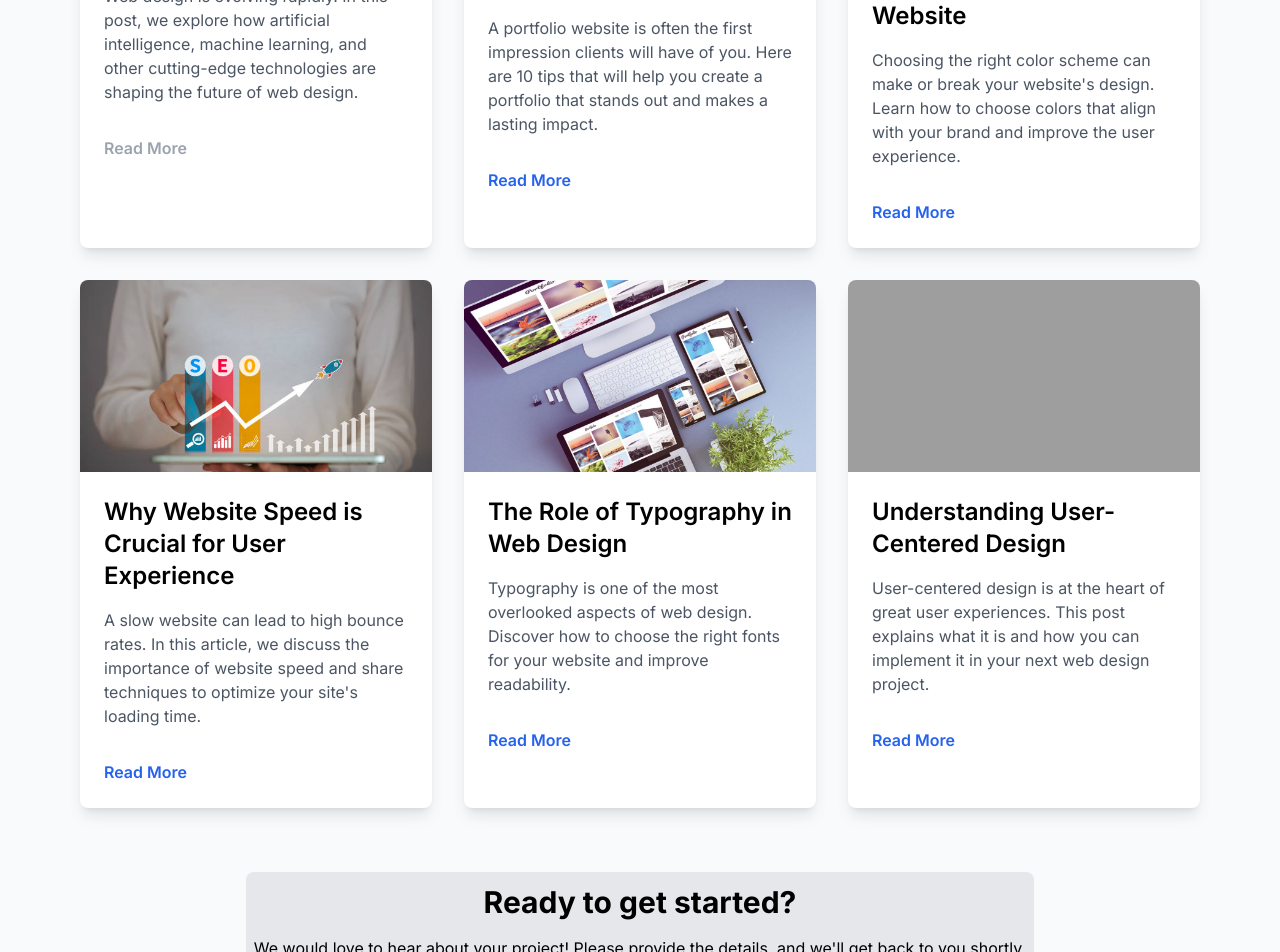
Repository: TheSecretlifeOfX/landing1
Page: /
These files come from the project's save history. The page is drawn as it stood at one moment and after the next save; the edit follows.
The browser window is 1280 px wide. The pictures show the part of the page from y = 2988 to 3940 px (the page is 4626 px tall).
Pictures or frames that could not be fetched are drawn as grey boxes. The project was rebuilt for these pictures with package versions that can differ from the ones it lists, and the page was loaded fresh each time. The framework's server and built-in components were replaced by stand-ins that run in the browser. Also part of the build but not shown: next.config.js.

Above is the page before, as saved 2024-11-16 09:03:03.

### app/layout.tsx
import Link from 'next/link'
import './globals.css'
import type { Metadata } from 'next'
import { Inter } from 'next/font/google'

import Navbar from "@/app/components/Navbar";
import Footer from '@/app/components/Footer';


const inter = Inter({ subsets: ['latin'] })

export const metadata: Metadata = {
  title: 'Create Next App',
  description: 'Generated by create next app',
}

export default function RootLayout({
  children,
}: {
  children: React.ReactNode
}) {
  return (
    <html lang="en">
      <body className={inter.className}>
      <nav>
        <Navbar />
      </nav>
      {children}
      <footer>
        <Footer />
      </footer>
      </body>
    </html>
  )
}

### app/page.tsx
import HeroSection from "@/app/components/HeroSection";
import FeaturesSection from "@/app/components/FeaturesSection";
import CallToAction from "@/app/components/CallToAction";
import Service from "@/app/components/Service";
import Blog from "@/app/components/Blog";
// app/page.tsx
export default function Home() {
  return (
    <main className="flex flex-col items-center justify-center min-h-screen px-4 bg-gray-50">
      <HeroSection />
      <FeaturesSection />
      <Service />
      <Blog />
      <CallToAction />
    </main>
  );
}

### app/components/Navbar.tsx
// src/components/Navbar.tsx
import React from "react";
import Link from "next/link";
import Image from "next/image";

export default function Navbar() {
  return (
    <nav className="fixed top-0 left-0 w-full bg-gray-800 p-2 text-white shadow-md z-50">
      <div className="container mx-auto flex items-center">
        {/* Logo Section on the Left */}
        <div className="flex items-center mr-10 ml-[-50]">
          <Link href="/">
            <Image
              src="/Images/Logo.png"
              alt="MyBrand Logo"
              width={60}
              height={60}
              className="cursor-pointer"
              priority
            />
          </Link>
        </div>

        {/* Navigation Links Centered */}
        <ul className="flex space-x-4">
          <li>
            <a href="#hero" className="hover:text-gray-400">
              About Me
            </a>
          </li>
          <li>
            <a href="#features" className="hover:text-gray-400">
              Portfolio
            </a>
          </li>
          <li>
            <a href="#service" className="hover:text-gray-400">
              Services
            </a>
          </li>
          <li>
            <a href="#blog" className="hover:text-gray-400">
              Blog
            </a>
          </li>
        </ul>

        {/* "Book A Call" Button on the Right */}
        <ul className="flex items-center ml-auto">
  <li>
    <a
      href="#contact"
      className="flex items-center px-4 py-2 text-white font-semibold rounded-lg hover:bg-gray-700 transition duration-300 underline"
    >
      Book A Call
      <svg
        xmlns="http://www.w3.org/2000/svg"
        viewBox="0 0 24 24"
        fill="none"
        stroke="currentColor"
        strokeWidth="2"
        className="w-5 h-5 ml-2"
      >
        <path
          d="M7 17L17 7M7 7h10v10"
          strokeLinecap="round"
          strokeLinejoin="round"
        />
      </svg>
    </a>
  </li>
</ul>
      </div>
    </nav>
  );
}

### app/components/Footer.tsx
import React from 'react';
import Image from 'next/image';

export default function Footer() {
  return (
    <footer className="bg-gray-800 text-white py-6">
      <div className="container mx-auto flex justify-between items-center">
        {/* Copyright Notice on the Left */}
        <div className="text-sm">
          <p>&copy; 2024 CopyRight. All rights reserved.</p>
        </div>

        {/* Double Line Divider */}
        <div className="w-1/12 border-t-2 border-white mx-4"></div> {/* Double Line Divider */}

        {/* Logo on the Right */}
        <div>
          <Image
            src="/Images/Logo.png"
            alt="Logo"
            width={60}
            height={60}
            className="cursor-pointer"
          />
        </div>
      </div>
    </footer>
  );
}

### app/components/HeroSection.tsx
// components/HeroSection.tsx
export default function HeroSection() {
  return (
    <section
      id="hero"
      className="w-full py-32 bg-white-600 text-gray-600 flex flex-col items-center justify-center mt-20"
    >
      <h1 className="text-5xl font-bold mb-8">About Me</h1>
      <p className="text-xl mb-12 max-w-3xl text-center">
        I'm a passionate web developer who builds modern, responsive websites with Next.js and other cutting-edge technologies.
      </p>

      {/* About Me Cards */}
      <div className="grid grid-cols-1 sm:grid-cols-2 lg:grid-cols-3 gap-8 px-4">
        {/* Card 1 - Bio */}
        <div className="bg-gray-400 text-black-600 rounded-lg shadow-lg p-6 hover:shadow-xl transition duration-300">
          <h3 className="text-2xl font-semibold mb-4">Bio</h3>
          <p className="text-lg">
            I'm a self-taught developer with a passion for learning and building. With a strong foundation in JavaScript and React, I enjoy turning ideas into functional and beautiful websites.
          </p>
        </div>

        {/* Card 2 - Skills */}
        <div className="bg-gray-400 text-black-600 rounded-lg shadow-lg p-6 hover:shadow-xl transition duration-300">
          <h3 className="text-2xl font-semibold mb-4">Skills</h3>
          <ul className="text-lg list-disc pl-5">
            <li>JavaScript / TypeScript</li>
            <li>React / Next.js</li>
            <li>HTML & CSS</li>
            <li>Node.js</li>
            <li>Tailwind CSS</li>
          </ul>
        </div>

        {/* Card 3 - Experience */}
        <div className="bg-gray-400 text-black-600 rounded-lg shadow-lg p-6 hover:shadow-xl transition duration-300">
          <h3 className="text-2xl font-semibold mb-4">Experience</h3>
          <p className="text-lg">
            Over the past 3 years, I have worked on various web development projects, building both front-end and back-end solutions. My experience spans across freelancing, contributing to open-source, and working in teams.
          </p>
        </div>
      </div>
    </section>
  );
}

### app/components/FeaturesSection.tsx
// components/FeaturesSection.tsx
export default function FeaturesSection() {
  return (
    <section id="features" className="py-16 bg-gray-50">
      <div className="max-w-6xl mx-auto px-4">
        <h2 className="text-3xl font-bold text-center mb-12">My Portfolio</h2>
        <div className="grid grid-cols-1 sm:grid-cols-2 lg:grid-cols-3 gap-8">
          {/* Project 1 */}
          <Project
            title="Project One"
            description="A modern website built with React and Next.js."
            imageSrc="/path/to/image1.jpg"
            link="#"
          />
          {/* Project 2 */}
          <Project
            title="Project Two"
            description="E-commerce site with full payment integration."
            imageSrc="/path/to/image2.jpg"
            link="#"
          />
          {/* Project 3 */}
          <Project
            title="Project Three"
            description="A mobile app interface designed with Flutter."
            imageSrc="/path/to/image3.jpg"
            link="#"
          />
          {/* Project 4 */}
          <Project
            title="Project Four"
            description="A personal blog with SEO optimization and markdown support."
            imageSrc="/path/to/image4.jpg"
            link="#"
          />
          {/* Project 5 */}
          <Project
            title="Project Five"
            description="A portfolio website with smooth animations."
            imageSrc="/path/to/image5.jpg"
            link="#"
          />
          {/* Project 6 */}
          <Project
            title="Project Six"
            description="A social networking app with real-time messaging."
            imageSrc="/path/to/image6.jpg"
            link="#"
          />
        </div>
      </div>
    </section>
  );
}

function Project({
  title,
  description,
  imageSrc,
  link,
}: {
  title: string;
  description: string;
  imageSrc: string;
  link: string;
}) {
  return (
    <div className="bg-white rounded-lg shadow-lg overflow-hidden">
      <img src={imageSrc} alt={title} className="w-full h-48 object-cover" />
      <div className="p-6">
        <h3 className="text-xl font-semibold mb-2">{title}</h3>
        <p className="text-gray-600 mb-4">{description}</p>
        <a
          href={link}
          className=" text-blue-600 hover:text-blue-800 font-semibold flex items-center"
        >
          View Project
          <svg
            xmlns="http://www.w3.org/2000/svg"
            viewBox="0 0 24 24"
            fill="none"
            stroke="currentColor"
            strokeWidth="2"
            className="w-5 h-5 ml-2 transform rotate-45"
          >
            <path
              d="M7 17L17 7M7 7h10v10"
              strokeLinecap="round"
              strokeLinejoin="round"
            />
          </svg>
        </a>
      </div>
    </div>
  );
}

### app/components/CallToAction.tsx
import React from 'react';
import { FaInstagram, FaTwitter, FaLinkedin } from 'react-icons/fa'; // Import icons from react-icons

export default function CallToAction() {
  return (
    <section id="contact" className="py-3 px-2 text-center bg-gray-200 text-black mb-10 rounded-lg">
      <h2 className="text-3xl font-bold mb-4">Ready to get started?</h2>
      <p className="mb-4">We would love to hear about your project! Please provide the details, and we'll get back to you shortly.</p>

      {/* Contact Form */}
      <form className="max-w-3xl mx-auto bg-white p-6 rounded-lg shadow-lg">
        <div className="mb-3">
          <label htmlFor="name" className="block text-left text-gray-700 font-semibold mb-1">Full Name</label>
          <input
            type="text"
            id="name"
            name="name"
            placeholder="Enter your full name"
            className="w-full p-2 border border-gray-300 rounded-md"
            required
          />
        </div>

        <div className="mb-3">
          <label htmlFor="email" className="block text-left text-gray-700 font-semibold mb-1">Email Address</label>
          <input
            type="email"
            id="email"
            name="email"
            placeholder="Enter your email address"
            className="w-full p-2 border border-gray-300 rounded-md"
            required
          />
        </div>

        <div className="mb-3">
          <label htmlFor="job-details" className="block text-left text-gray-700 font-semibold mb-1">Project Details</label>
          <textarea
            id="job-details"
            name="job-details"
            placeholder="Tell us about the job you need done"
            className="w-full p-2 border border-gray-300 rounded-md h-28"
            required
          />
        </div>

        <div className="mb-4 py-1">
          <button type="submit" className="px-5 py-1 bg-gray-200 text-black font-semibold rounded-lg shadow-lg hover:bg-gray-400">
            SUBMIT
          </button>
        </div>
      </form>

      {/* Social Media Links with Icons */}
      <div className="mt-4">
        <p className="text-lg font-semibold">Follow and contact me on social media:</p>
        <div className="flex justify-center space-x-6 mt-2">
          <a
            href="https://instagram.com"
            target="_blank"
            rel="noopener noreferrer"
            className="text-white hover:text-gray-200 transition-colors"
          >
            <FaInstagram className="w-6 h-6" />
          </a>
          <a
            href="https://twitter.com"
            target="_blank"
            rel="noopener noreferrer"
            className="text-white hover:text-gray-200 transition-colors"
          >
            <FaTwitter className="w-6 h-6" />
          </a>
          <a
            href="https://linkedin.com"
            target="_blank"
            rel="noopener noreferrer"
            className="text-white hover:text-gray-200 transition-colors"
          >
            <FaLinkedin className="w-6 h-6" />
          </a>
        </div>
      </div>
    </section>
  );
}

### app/components/Blog.tsx
import React from 'react';

export default function Blog() {
  return (
    <section id="blog" className="py-16 bg-gray-50">
      <div className="max-w-6xl mx-auto px-4">
        <h2 className="text-3xl font-bold text-center mb-12">Latest Blog Posts</h2>
        <div className="grid grid-cols-1 sm:grid-cols-2 lg:grid-cols-3 gap-8">
          {/* Blog Post 1 */}
          <div className="bg-white rounded-lg shadow-lg overflow-hidden transform transition-transform hover:scale-105 hover:rotate-3">
            <img src="/path/to/image1.jpg" alt="Blog Image 1" className="w-full h-48 object-cover" />
            <div className="p-6">
              <h3 className="text-2xl font-semibold mb-4">The Future of Web Design</h3>
              <p className="text-gray-600 mb-4">
                Web design is evolving rapidly. In this post, we explore how artificial intelligence, machine learning, and other cutting-edge technologies are shaping the future of web design.
              </p>
              <a
                href="#"
                className="text-gray-400 font-semibold hover:text-gray-600 inline-block mt-4"
              >
                Read More
              </a>
            </div>
          </div>

          {/* Blog Post 2 */}
          <div className="bg-white rounded-lg shadow-lg overflow-hidden transform transition-transform hover:scale-105 hover:rotate-3">
            <img src="/path/to/image2.jpg" alt="Blog Image 2" className="w-full h-48 object-cover" />
            <div className="p-6">
              <h3 className="text-2xl font-semibold mb-4">10 Tips for a Stunning Portfolio Website</h3>
              <p className="text-gray-600 mb-4">
                A portfolio website is often the first impression clients will have of you. Here are 10 tips that will help you create a portfolio that stands out and makes a lasting impact.
              </p>
              <a
                href="#"
                className="text-blue-600 font-semibold hover:text-blue-800 inline-block mt-4"
              >
                Read More
              </a>
            </div>
          </div>

          {/* Blog Post 3 */}
          <div className="bg-white rounded-lg shadow-lg overflow-hidden transform transition-transform hover:scale-105 hover:rotate-3">
            <img src="/path/to/image3.jpg" alt="Blog Image 3" className="w-full h-48 object-cover" />
            <div className="p-6">
              <h3 className="text-2xl font-semibold mb-4">How to Choose the Right Color Scheme for Your Website</h3>
              <p className="text-gray-600 mb-4">
                Choosing the right color scheme can make or break your website's design. Learn how to choose colors that align with your brand and improve the user experience.
              </p>
              <a
                href="#"
                className="text-blue-600 font-semibold hover:text-blue-800 inline-block mt-4"
              >
                Read More
              </a>
            </div>
          </div>

          {/* Blog Post 4 */}
          <div className="bg-white rounded-lg shadow-lg overflow-hidden transform transition-transform hover:scale-105 hover:rotate-3">
            <img src="/path/to/image4.jpg" alt="Blog Image 4" className="w-full h-48 object-cover" />
            <div className="p-6">
              <h3 className="text-2xl font-semibold mb-4">Why Website Speed is Crucial for User Experience</h3>
              <p className="text-gray-600 mb-4">
                A slow website can lead to high bounce rates. In this article, we discuss the importance of website speed and share techniques to optimize your site's loading time.
              </p>
              <a
                href="#"
                className="text-blue-600 font-semibold hover:text-blue-800 inline-block mt-4"
              >
                Read More
              </a>
            </div>
          </div>

          {/* Blog Post 5 */}
          <div className="bg-white rounded-lg shadow-lg overflow-hidden transform transition-transform hover:scale-105 hover:rotate-3">
            <img src="/path/to/image5.jpg" alt="Blog Image 5" className="w-full h-48 object-cover" />
            <div className="p-6">
              <h3 className="text-2xl font-semibold mb-4">The Role of Typography in Web Design</h3>
              <p className="text-gray-600 mb-4">
                Typography is one of the most overlooked aspects of web design. Discover how to choose the right fonts for your website and improve readability.
              </p>
              <a
                href="#"
                className="text-blue-600 font-semibold hover:text-blue-800 inline-block mt-4"
              >
                Read More
              </a>
            </div>
          </div>

          {/* Blog Post 6 */}
          <div className="bg-white rounded-lg shadow-lg overflow-hidden transform transition-transform hover:scale-105 hover:rotate-3">
            <img src="/path/to/image6.jpg" alt="Blog Image 6" className="w-full h-48 object-cover" />
            <div className="p-6">
              <h3 className="text-2xl font-semibold mb-4">Understanding User-Centered Design</h3>
              <p className="text-gray-600 mb-4">
                User-centered design is at the heart of great user experiences. This post explains what it is and how you can implement it in your next web design project.
              </p>
              <a
                href="#"
                className="text-blue-600 font-semibold hover:text-blue-800 inline-block mt-4"
              >
                Read More
              </a>
            </div>
          </div>
        </div>
      </div>
    </section>
  );
}

Loaded but not shown: app/globals.css (common file); tailwind.config.js (common file); app/components/Service.tsx (156 lines, source omitted)

After the next save:
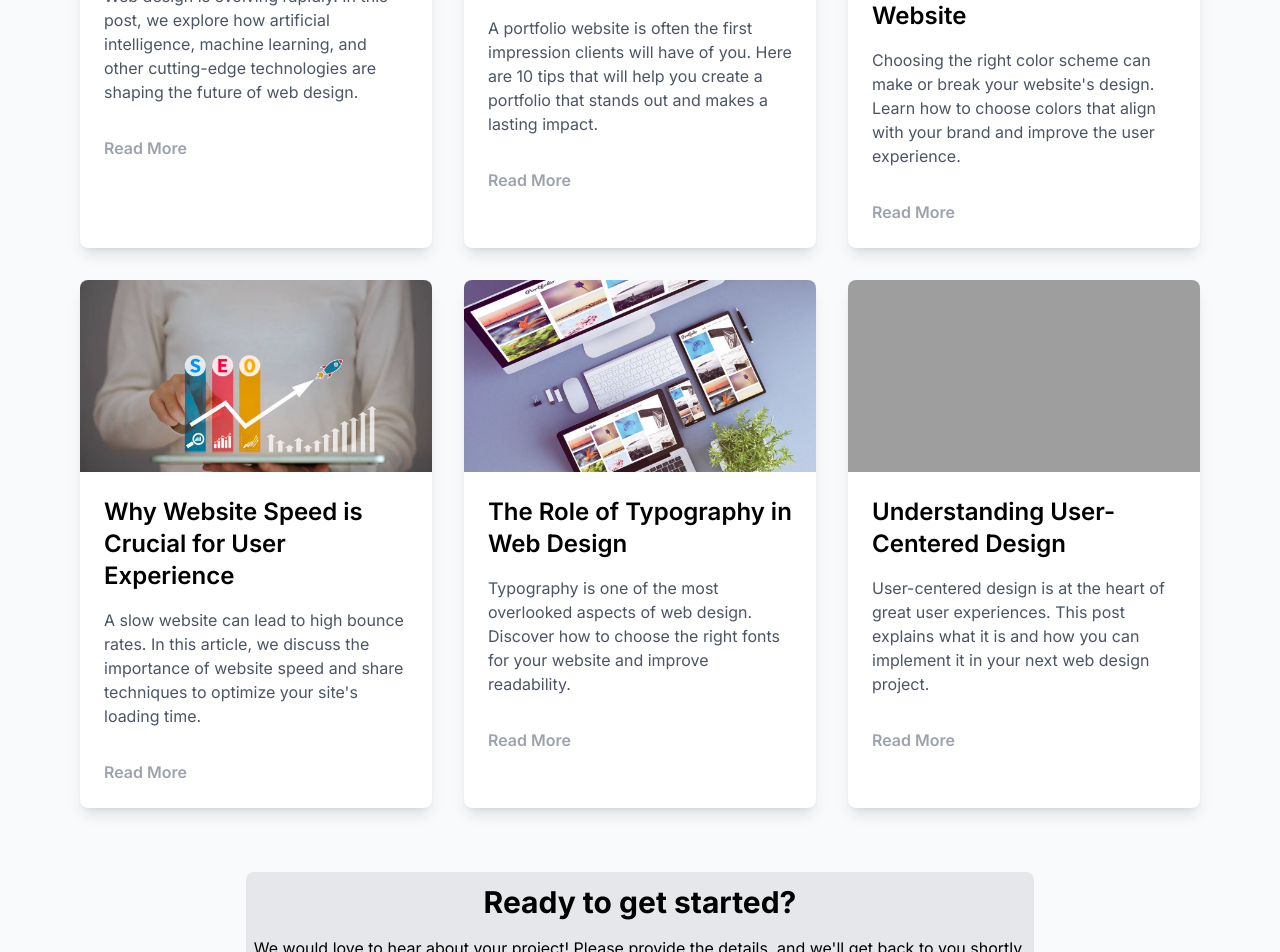
Saved 115 s later.
--- a/app/components/Blog.tsx
+++ b/app/components/Blog.tsx
@@ -33,7 +33,7 @@ export default function Blog() {
               </p>
               <a
                 href="#"
-                className="text-blue-600 font-semibold hover:text-blue-800 inline-block mt-4"
+                className="text-gray-400 font-semibold hover:text-gray-600 inline-block mt-4"
               >
                 Read More
               </a>
@@ -50,7 +50,7 @@ export default function Blog() {
               </p>
               <a
                 href="#"
-                className="text-blue-600 font-semibold hover:text-blue-800 inline-block mt-4"
+                className="text-gray-400 font-semibold hover:text-gray-600 inline-block mt-4"
               >
                 Read More
               </a>
@@ -67,7 +67,7 @@ export default function Blog() {
               </p>
               <a
                 href="#"
-                className="text-blue-600 font-semibold hover:text-blue-800 inline-block mt-4"
+                className="text-gray-400 font-semibold hover:text-gray-600 inline-block mt-4"
               >
                 Read More
               </a>
@@ -84,7 +84,7 @@ export default function Blog() {
               </p>
               <a
                 href="#"
-                className="text-blue-600 font-semibold hover:text-blue-800 inline-block mt-4"
+                className="text-gray-400 font-semibold hover:text-gray-600 inline-block mt-4"
               >
                 Read More
               </a>
@@ -101,7 +101,7 @@ export default function Blog() {
               </p>
               <a
                 href="#"
-                className="text-blue-600 font-semibold hover:text-blue-800 inline-block mt-4"
+                className="text-gray-400 font-semibold hover:text-gray-600 inline-block mt-4"
               >
                 Read More
               </a>
